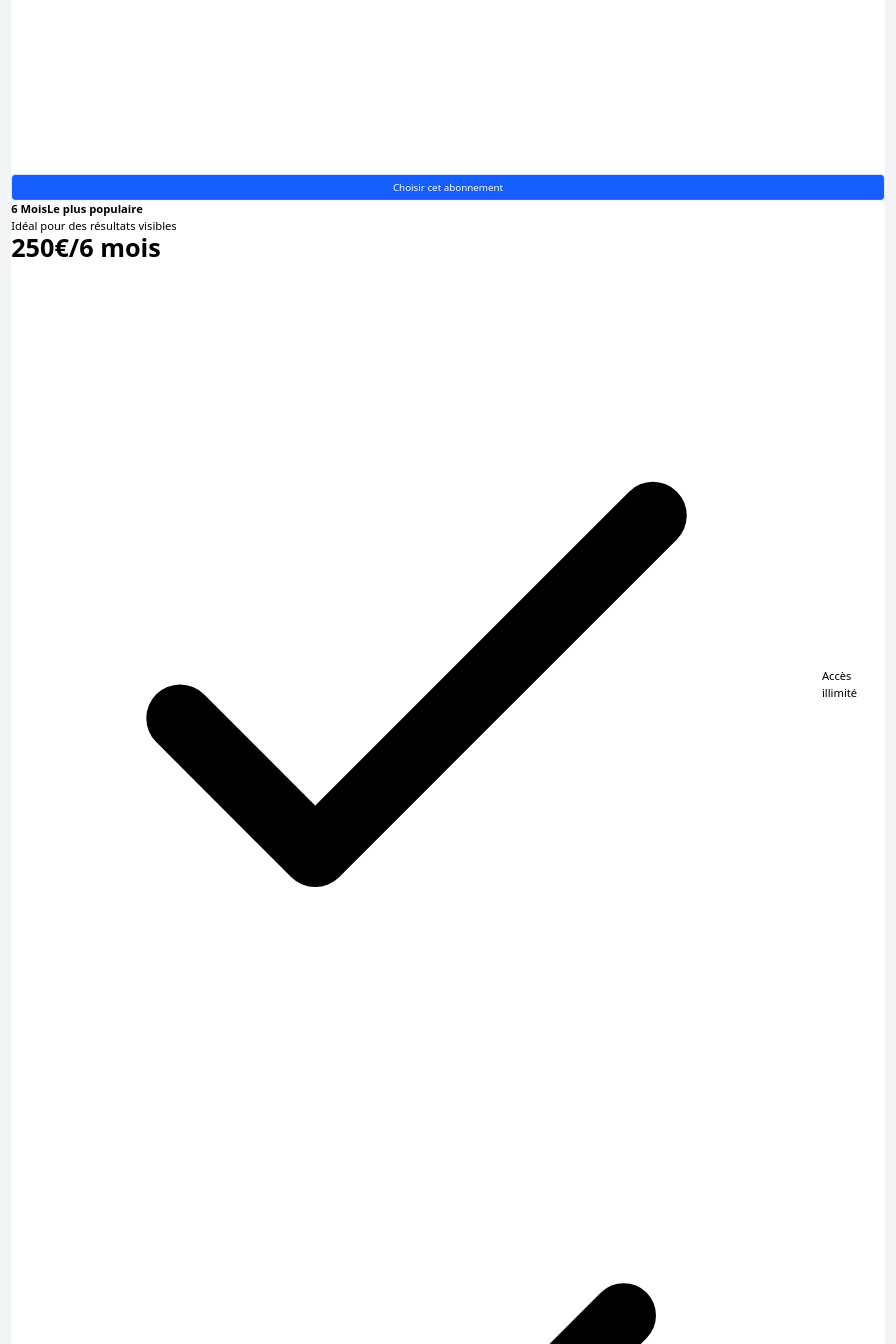
Repository: fahchouchsm/clubSportifWeb
Page: src/pages/showPricing.html
An editor plug-in stored every save of this project. The page is shown before and after the next save, followed by the edit.
The browser window is 1280 px wide. The pictures show the part of the page from y = 3364 to 5284 px (the page is 14136 px tall before and 14120 px after), at 70% of full size.

Above is the page before, as saved 2025-04-19 18:47:14.

### src/pages/showPricing.html
<!doctype html>
<html lang="fr">
  <head>
    <meta charset="UTF-8" />
    <meta name="viewport" content="width=device-width, initial-scale=1.0" />
    <link rel="stylesheet" href="../css/output.css" />
    <title>Abonnements Gym</title>
  </head>
  <body class="flex min-h-screen items-center justify-center bg-gray-100">
    <div class="w-full max-w-7xl px-4 py-8">
      <h2 class="mb-8 text-center text-3xl font-bold">
        Choisissez Votre Abonnement
      </h2>
      <div class="flex flex-col gap-8 lg:flex-row">
        <!-- Abonnement 3 Mois -->
        <div
          class="flex flex-1 flex-col rounded-lg bg-white p-6 shadow-md transition-transform duration-300 hover:scale-105"
        >
          <h3 class="mb-4 text-xl font-semibold">3 Mois</h3>
          <p class="mb-4 text-gray-600">Parfait pour essayer notre salle</p>
          <p class="mb-6 text-4xl font-bold">
            150€<span class="text-xl font-normal text-gray-600">/3 mois</span>
          </p>
          <ul class="mb-6 flex-grow">
            <li class="mb-2 flex items-center">
              <svg
                class="mr-2 h-5 w-5 text-green-500"
                fill="none"
                stroke="currentColor"
                viewBox="0 0 24 24"
                xmlns="http://www.w3.org/2000/svg"
              >
                <path
                  stroke-linecap="round"
                  stroke-linejoin="round"
                  stroke-width="2"
                  d="M5 13l4 4L19 7"
                ></path>
              </svg>
              Accès illimité
            </li>
            <li class="mb-2 flex items-center">
              <svg
                class="mr-2 h-5 w-5 text-green-500"
                fill="none"
                stroke="currentColor"
                viewBox="0 0 24 24"
                xmlns="http://www.w3.org/2000/svg"
              >
                <path
                  stroke-linecap="round"
                  stroke-linejoin="round"
                  stroke-width="2"
                  d="M5 13l4 4L19 7"
                ></path>
              </svg>
              Cours collectifs inclus
            </li>
            <li class="mb-2 flex items-center">
              <svg
                class="mr-2 h-5 w-5 text-green-500"
                fill="none"
                stroke="currentColor"
                viewBox="0 0 24 24"
                xmlns="http://www.w3.org/2000/svg"
              >
                <path
                  stroke-linecap="round"
                  stroke-linejoin="round"
                  stroke-width="2"
                  d="M5 13l4 4L19 7"
                ></path>
              </svg>
              Accès 7j/7
            </li>
          </ul>
          <button
            class="rounded-md bg-blue-600 px-4 py-2 text-white transition duration-300 hover:bg-blue-700"
          >
            Choisir cet abonnement
          </button>
        </div>

        <!-- Abonnement 6 Mois -->
        <div
          class="flex flex-1 flex-col rounded-lg border-2 border-gray-900 bg-white p-6 shadow-md transition-transform duration-300 hover:scale-105"
        >
          <div class="flex justify-between">
            <h3 class="mb-4 text-xl font-semibold">6 Mois</h3>
            <div class="mb-2">
              <span
                class="rounded-full bg-blue-100 px-3 py-1 text-xs font-semibold text-blue-800"
                >Le plus populaire</span
              >
            </div>
          </div>
          <p class="mb-4 text-gray-600">Idéal pour des résultats visibles</p>
          <p class="mb-6 text-4xl font-bold">
            250€<span class="text-xl font-normal text-gray-600">/6 mois</span>
          </p>
          <ul class="mb-6 flex-grow">
            <li class="mb-2 flex items-center">
              <svg
                class="mr-2 h-5 w-5 text-green-500"
                fill="none"
                stroke="currentColor"
                viewBox="0 0 24 24"
                xmlns="http://www.w3.org/2000/svg"
              >
                <path
                  stroke-linecap="round"
                  stroke-linejoin="round"
                  stroke-width="2"
                  d="M5 13l4 4L19 7"
                ></path>
              </svg>
              Accès illimité
            </li>
            <li class="mb-2 flex items-center">
              <svg
                class="mr-2 h-5 w-5 text-green-500"
                fill="none"
                stroke="currentColor"
                viewBox="0 0 24 24"
                xmlns="http://www.w3.org/2000/svg"
              >
                <path
                  stroke-linecap="round"
                  stroke-linejoin="round"
                  stroke-width="2"
                  d="M5 13l4 4L19 7"
                ></path>
              </svg>
              Cours collectifs inclus
            </li>
            <li class="mb-2 flex items-center">
              <svg
                class="mr-2 h-5 w-5 text-green-500"
                fill="none"
                stroke="currentColor"
                viewBox="0 0 24 24"
                xmlns="http://www.w3.org/2000/svg"
              >
                <path
                  stroke-linecap="round"
                  stroke-linejoin="round"
                  stroke-width="2"
                  d="M5 13l4 4L19 7"
                ></path>
              </svg>
              Accès 7j/7
            </li>
            <li class="mb-2 flex items-center">
              <svg
                class="mr-2 h-5 w-5 text-green-500"
                fill="none"
                stroke="currentColor"
                viewBox="0 0 24 24"
                xmlns="http://www.w3.org/2000/svg"
              >
                <path
                  stroke-linecap="round"
                  stroke-linejoin="round"
                  stroke-width="2"
                  d="M5 13l4 4L19 7"
                ></path>
              </svg>
              1 séance coaching offerte
            </li>
          </ul>
          <button
            class="rounded-md bg-blue-600 px-4 py-2 text-white transition duration-300 hover:bg-blue-700"
          >
            Choisir cet abonnement
          </button>
        </div>

        <!-- Abonnement 1 An -->
        <div
          class="flex flex-1 flex-col rounded-lg bg-white p-6 shadow-md transition-transform duration-300 hover:scale-105"
        >
          <h3 class="mb-4 text-xl font-semibold">1 An</h3>
          <p class="mb-4 text-gray-600">Le meilleur rapport qualité-prix</p>
          <p class="mb-6 text-4xl font-bold">
            400€<span class="text-xl font-normal text-gray-600">/an</span>
          </p>
          <ul class="mb-6 flex-grow">
            <li class="mb-2 flex items-center">
              <svg
                class="mr-2 h-5 w-5 text-green-500"
                fill="none"
                stroke="currentColor"
                viewBox="0 0 24 24"
                xmlns="http://www.w3.org/2000/svg"
              >
                <path
                  stroke-linecap="round"
                  stroke-linejoin="round"
                  stroke-width="2"
                  d="M5 13l4 4L19 7"
                ></path>
              </svg>
              Accès illimité
            </li>
            <li class="mb-2 flex items-center">
              <svg
                class="mr-2 h-5 w-5 text-green-500"
                fill="none"
                stroke="currentColor"
                viewBox="0 0 24 24"
                xmlns="http://www.w3.org/2000/svg"
              >
                <path
                  stroke-linecap="round"
                  stroke-linejoin="round"
                  stroke-width="2"
                  d="M5 13l4 4L19 7"
                ></path>
              </svg>
              Cours collectifs inclus
            </li>
            <li class="mb-2 flex items-center">
              <svg
                class="mr-2 h-5 w-5 text-green-500"
                fill="none"
                stroke="currentColor"
                viewBox="0 0 24 24"
                xmlns="http://www.w3.org/2000/svg"
              >
                <path
                  stroke-linecap="round"
                  stroke-linejoin="round"
                  stroke-width="2"
                  d="M5 13l4 4L19 7"
                ></path>
              </svg>
              Accès 7j/7
            </li>
            <li class="mb-2 flex items-center">
              <svg
                class="mr-2 h-5 w-5 text-green-500"
                fill="none"
                stroke="currentColor"
                viewBox="0 0 24 24"
                xmlns="http://www.w3.org/2000/svg"
              >
                <path
                  stroke-linecap="round"
                  stroke-linejoin="round"
                  stroke-width="2"
                  d="M5 13l4 4L19 7"
                ></path>
              </svg>
              3 séances coaching offertes
            </li>
            <li class="mb-2 flex items-center">
              <svg
                class="mr-2 h-5 w-5 text-green-500"
                fill="none"
                stroke="currentColor"
                viewBox="0 0 24 24"
                xmlns="http://www.w3.org/2000/svg"
              >
                <path
                  stroke-linecap="round"
                  stroke-linejoin="round"
                  stroke-width="2"
                  d="M5 13l4 4L19 7"
                ></path>
              </svg>
              Évaluation gratuite
            </li>
          </ul>
          <button class="bg-gray-700 text-white">Choisir cet abonnement</button>
        </div>
      </div>
    </div>

    <script src="../js/style.js"></script>
  </body>
</html>

Loaded but not shown: src/js/style.js (39 lines, source omitted); src/css/output.css (1058 lines, source omitted)

After the next save:
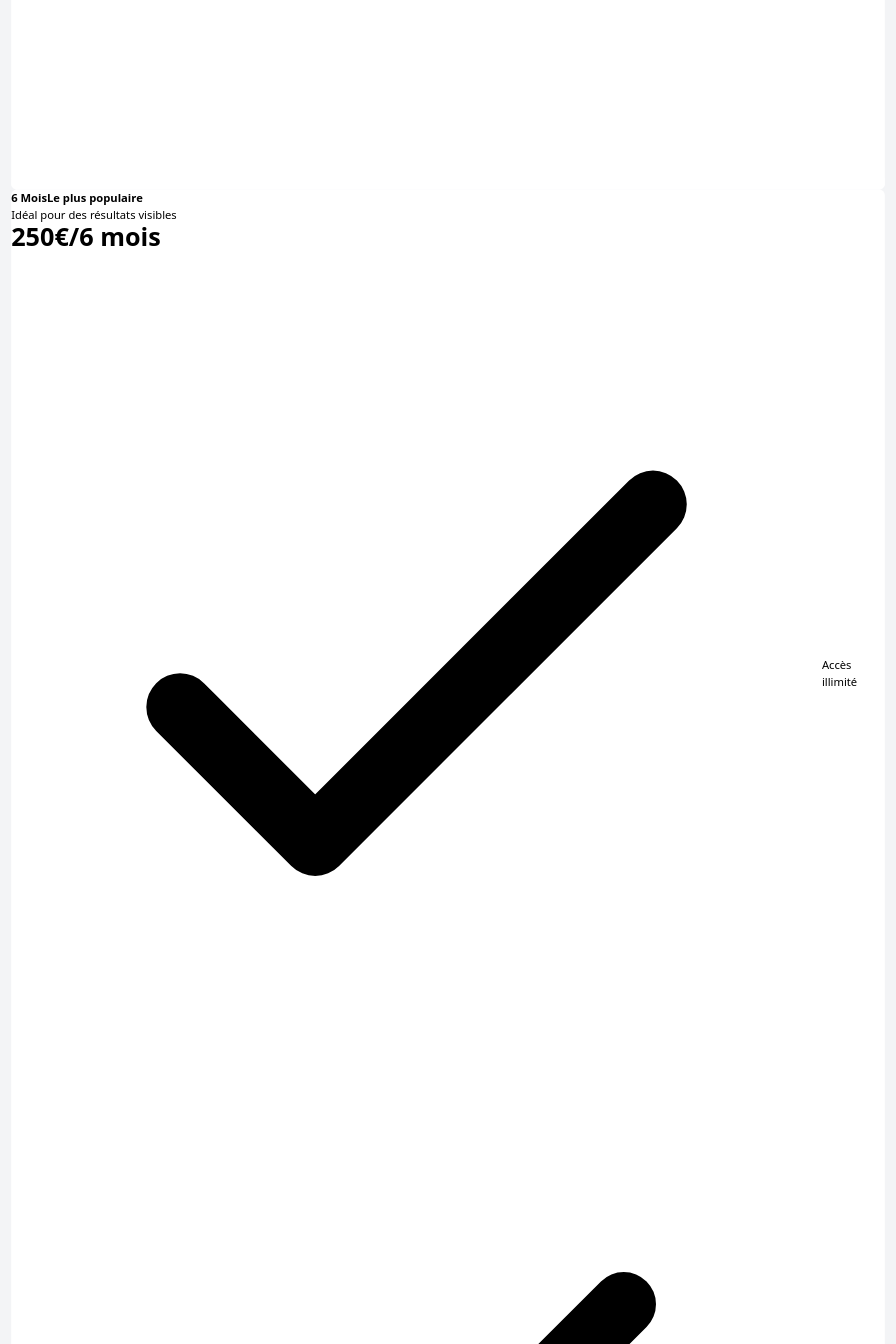
Saved 20 s later.
--- a/src/pages/showPricing.html
+++ b/src/pages/showPricing.html
@@ -74,11 +74,7 @@
               Accès 7j/7
             </li>
           </ul>
-          <button
-            class="rounded-md bg-blue-600 px-4 py-2 text-white transition duration-300 hover:bg-blue-700"
-          >
-            Choisir cet abonnement
-          </button>
+          <button class="bg-gray-700 text-white">Choisir cet abonnement</button>
         </div>
 
         <!-- Abonnement 6 Mois -->
